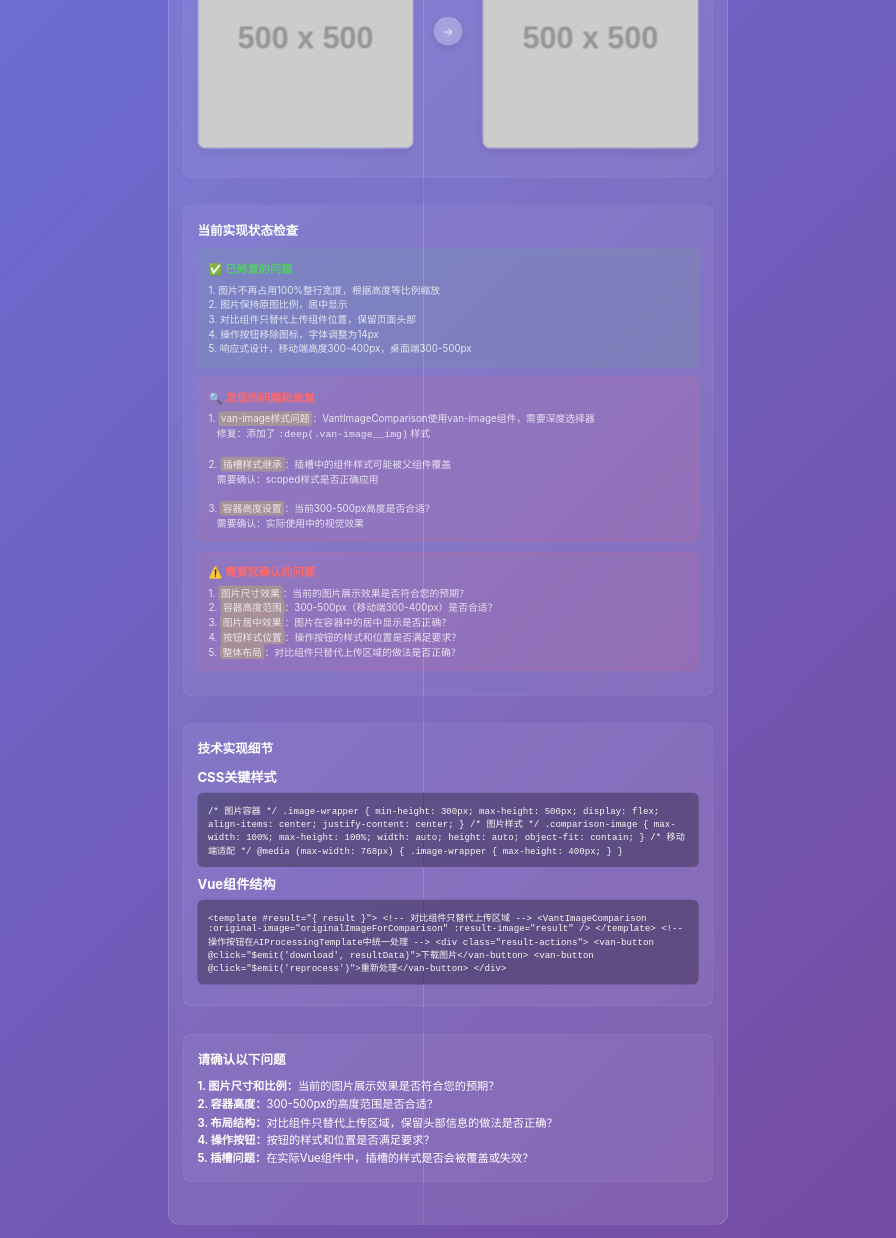
Repository: fooldychi/undress
Page: final-comparison-demo.html
These files come from the project's save history. The page is drawn as it stood at one moment and after the next save; the edit follows.
The browser window is 1280 px wide. The pictures show the part of the page from y = 1539 to 3459 px (the page is 3307 px tall before and 3459 px after), at 70% of full size.

Above is the page before, as saved 2025-07-13 16:45:05.

After the next save:
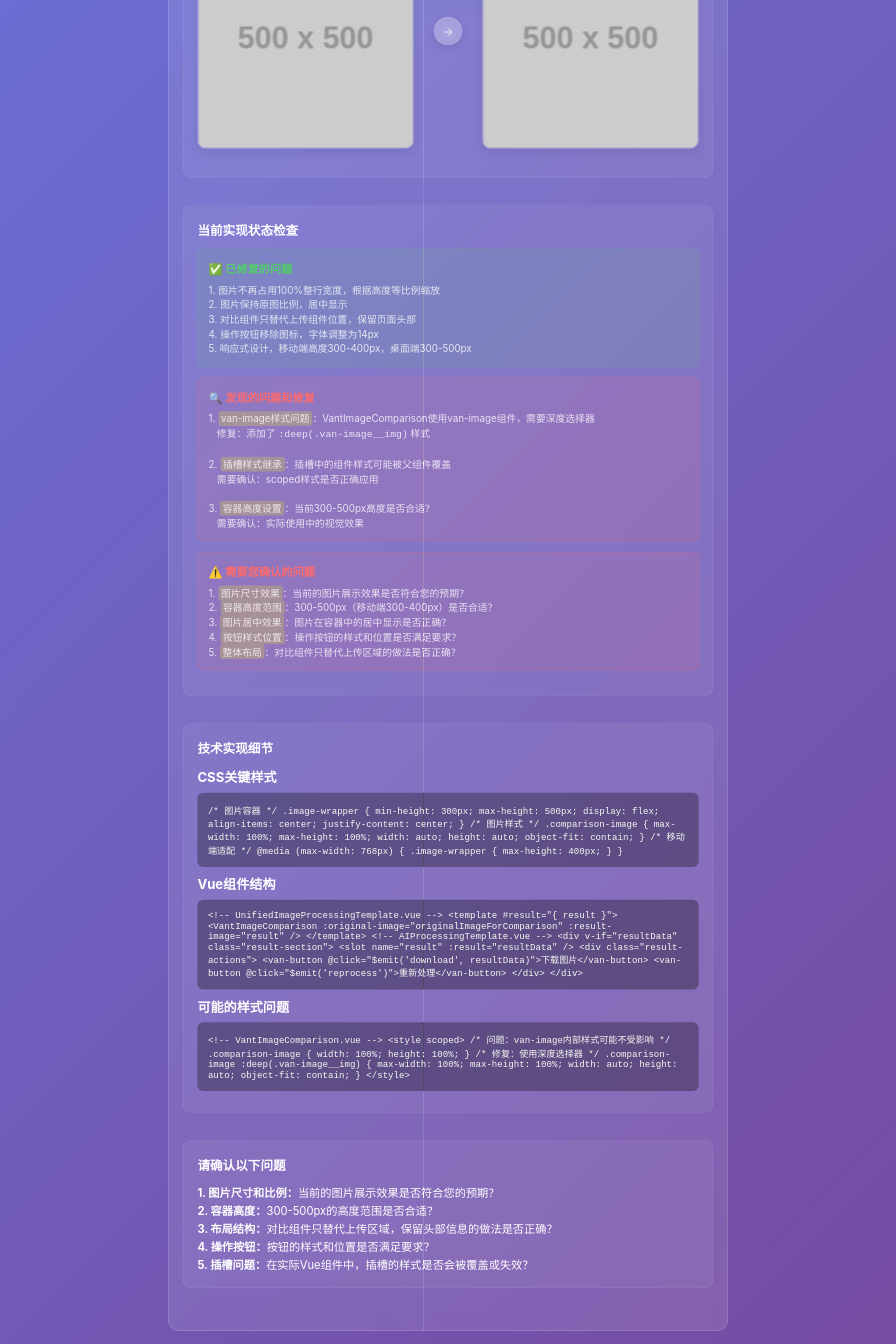
Saved 24 s later.
--- a/final-comparison-demo.html
+++ b/final-comparison-demo.html
@@ -497,19 +497,43 @@
 
             <h3 style="color: white; margin-bottom: 10px;">Vue组件结构</h3>
             <div class="code-block">
+&lt;!-- UnifiedImageProcessingTemplate.vue --&gt;
 &lt;template #result="{ result }"&gt;
-  &lt;!-- 对比组件只替代上传区域 --&gt;
   &lt;VantImageComparison
     :original-image="originalImageForComparison"
     :result-image="result"
   /&gt;
 &lt;/template&gt;
 
-&lt;!-- 操作按钮在AIProcessingTemplate中统一处理 --&gt;
-&lt;div class="result-actions"&gt;
-  &lt;van-button @click="$emit('download', resultData)"&gt;下载图片&lt;/van-button&gt;
-  &lt;van-button @click="$emit('reprocess')"&gt;重新处理&lt;/van-button&gt;
+&lt;!-- AIProcessingTemplate.vue --&gt;
+&lt;div v-if="resultData" class="result-section"&gt;
+  &lt;slot name="result" :result="resultData" /&gt;
+  &lt;div class="result-actions"&gt;
+    &lt;van-button @click="$emit('download', resultData)"&gt;下载图片&lt;/van-button&gt;
+    &lt;van-button @click="$emit('reprocess')"&gt;重新处理&lt;/van-button&gt;
+  &lt;/div&gt;
 &lt;/div&gt;
+            </div>
+
+            <h3 style="color: white; margin-bottom: 10px;">可能的样式问题</h3>
+            <div class="code-block">
+&lt;!-- VantImageComparison.vue --&gt;
+&lt;style scoped&gt;
+/* 问题：van-image内部样式可能不受影响 */
+.comparison-image {
+  width: 100%;
+  height: 100%;
+}
+
+/* 修复：使用深度选择器 */
+.comparison-image :deep(.van-image__img) {
+  max-width: 100%;
+  max-height: 100%;
+  width: auto;
+  height: auto;
+  object-fit: contain;
+}
+&lt;/style&gt;
             </div>
         </div>
 
